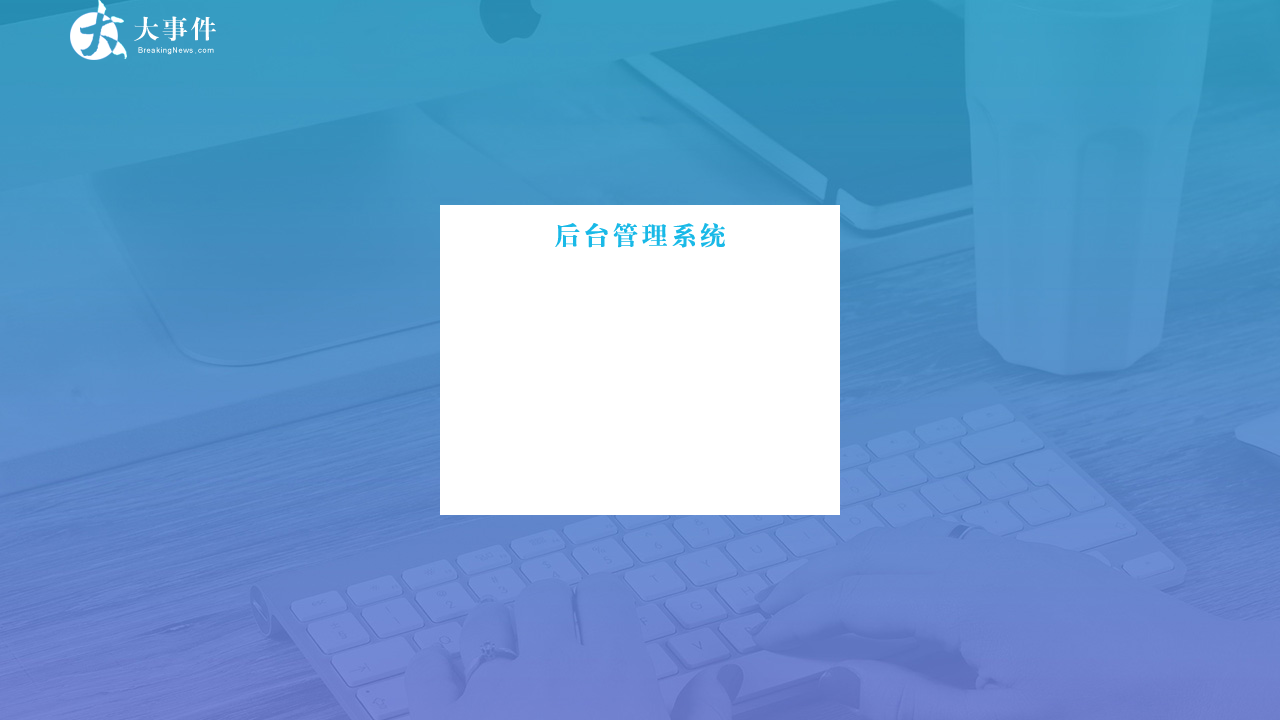
Repository: lithronmatic/web_bigbigevent
Page: login.html
These files come from the project's save history. The page is drawn as it stood at one moment and after the next save; the edit follows.
The browser window is 1280 px wide. The pictures show the whole page.

Above is the page before, as saved 2022-08-23 11:31:52.

### login.html
<!DOCTYPE html>
<html lang="en">
<head>
    <meta charset="UTF-8">
    <meta http-equiv="X-UA-Compatible" content="IE=edge">
    <meta name="viewport" content="width=device-width, initial-scale=1.0">
    <title>大事件-登录/注册</title>
    <link rel="stylesheet" href="/assets/lib/layui/css/layui.css">
    <link rel="stylesheet" href="./assets/css/login.css">
</head>
<body>
    <!-- 头部的logo区域 -->
    <div class="layui-main">
        <img src="./assets/images/logo.png" alt="">
    </div>

    <!-- 登录注册区域 -->
    <div class="loginAndRegBox">
        <div class="title-box"></div>
        <!-- 登录的div -->
        <div class="login-box"></div>
        <!-- 注册的div -->
        <div class="reg-box"></div>
    </div>
</body>
</html>

### assets/css/login.css
/* html,body{
    margin:0;
    padding: 0;
    height:100%;
    width:100%;
    background: url(../images/login_bg.jpg) no-repeat center;
    background-size: cover;
}

.loginAndRegBox{
    width:400px;
    height: 310px;
    background-color: #fff;
    position:absolute;
    top:50%;
    left:50%;
    transform: translate(-50%,-50%);
}

.title-box{
    height:60px;
    background: url(../images/login_title.png) no-repeat center;
}

.reg-box{
    display: none;
}

.layui-form{
    padding: 0 30px;
}
.links{
    display: flex;
    justify-content: flex-end;
}
.links a{
    font-size: 12px;
}

.layui-form-item{
    position:relative;
}
.layui-icon{
    position: absolute;
    top:10px;
    left:10px;
}
.layui-input{
    padding-left:32px;
} */

html,body{
    padding: 0;
    margin: 0;
    width:100%;
    height:100%;
    background:url(../images/login_bg.jpg) no-repeat center;
    background-size: cover;
}
.loginAndRegBox{
    position:absolute;
    left:50%;
    top:50%;
    transform: translate(-50%,-50%);
    width:400px;
    height:310px;
    background-color: white;
}
.title-box{
    height:60px;
    background: url(../images/login_title.png) no-repeat center;
}

Loaded but not shown: assets/lib/layui/css/layui.css (library)

After the next save:
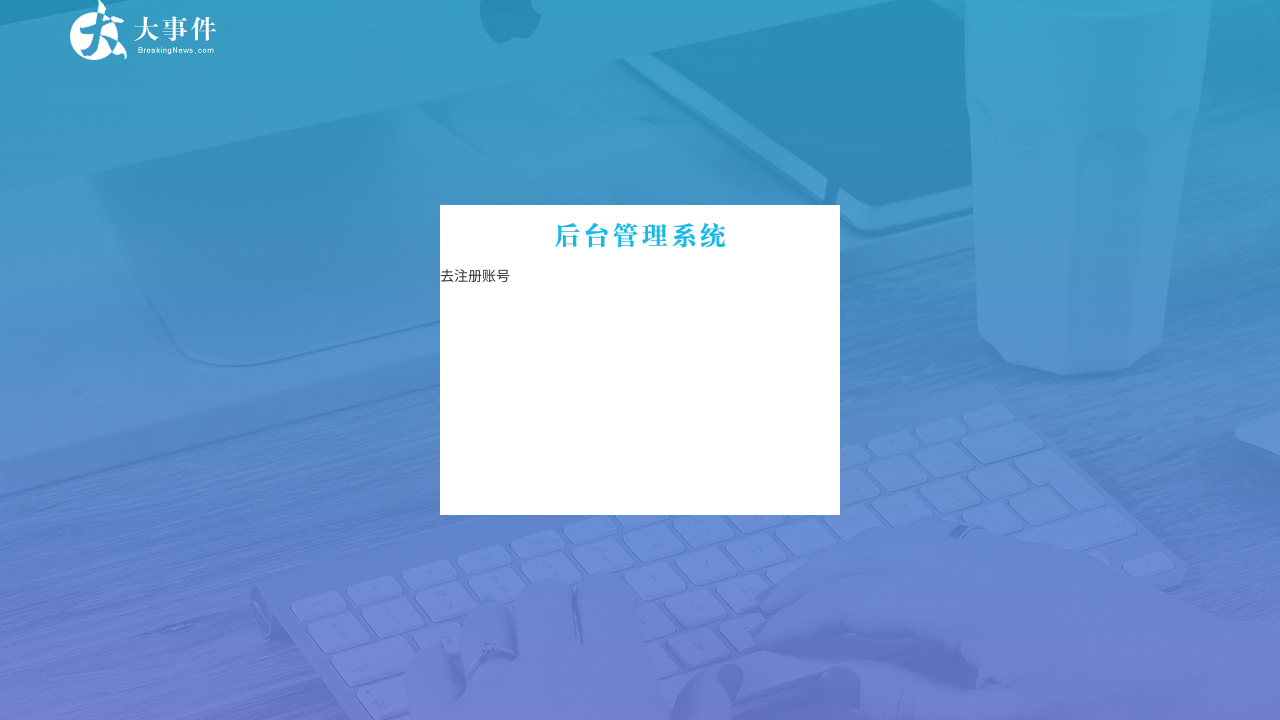
Saved 52 s later.
--- a/login.html
+++ b/login.html
@@ -18,7 +18,9 @@
     <div class="loginAndRegBox">
         <div class="title-box"></div>
         <!-- 登录的div -->
-        <div class="login-box"></div>
+        <div class="login-box">
+            <a href="javascript:;">去注册账号</a>
+        </div>
         <!-- 注册的div -->
         <div class="reg-box"></div>
     </div>
